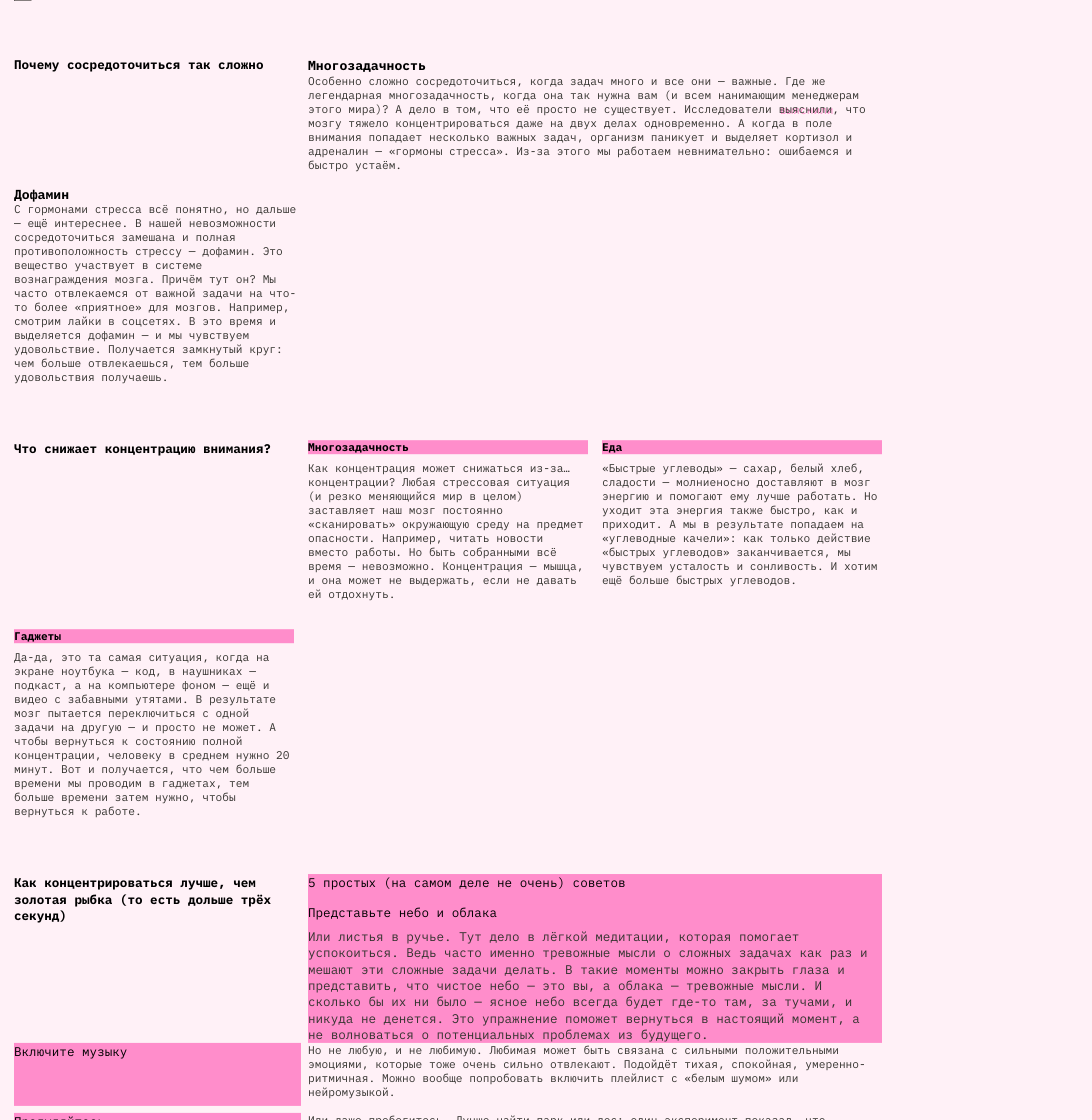
Repository: NikWolf75/slozhno-sosredotochitsya-fd
Page: index.html
An editor plug-in stored every save of this project. The page is shown before and after the next save, followed by the edit.
The browser window is 1280 px wide. The page is 1560 px wide, so the pictures cover 1560 px, including what lies to the right of the window. The pictures show the part of the page from y = 747 to 2347 px (the page is 7208 px tall before and 7168 px after), at 70% of full size.

Above is the page before, as saved 2025-02-27 21:44:16.

After the next save:
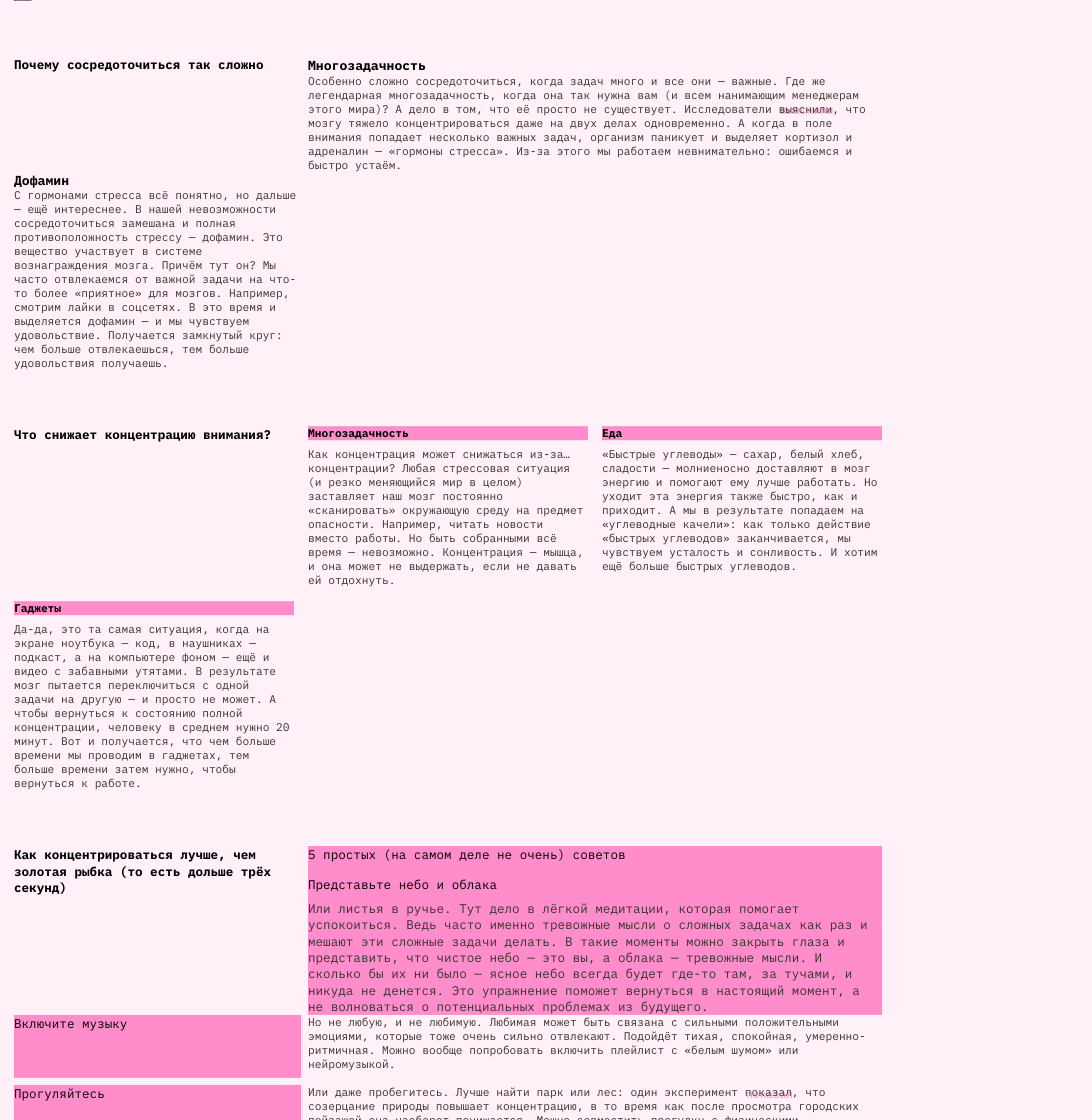
Saved 8 s later.
--- a/styles/style.css
+++ b/styles/style.css
@@ -380,7 +380,7 @@
   margin-bottom: 20px;
 }
 
-.content__answer, .answer_large:last-of-type {
+.answer, .answer_large:last-of-type {
   margin-bottom: 0;
 }
 
